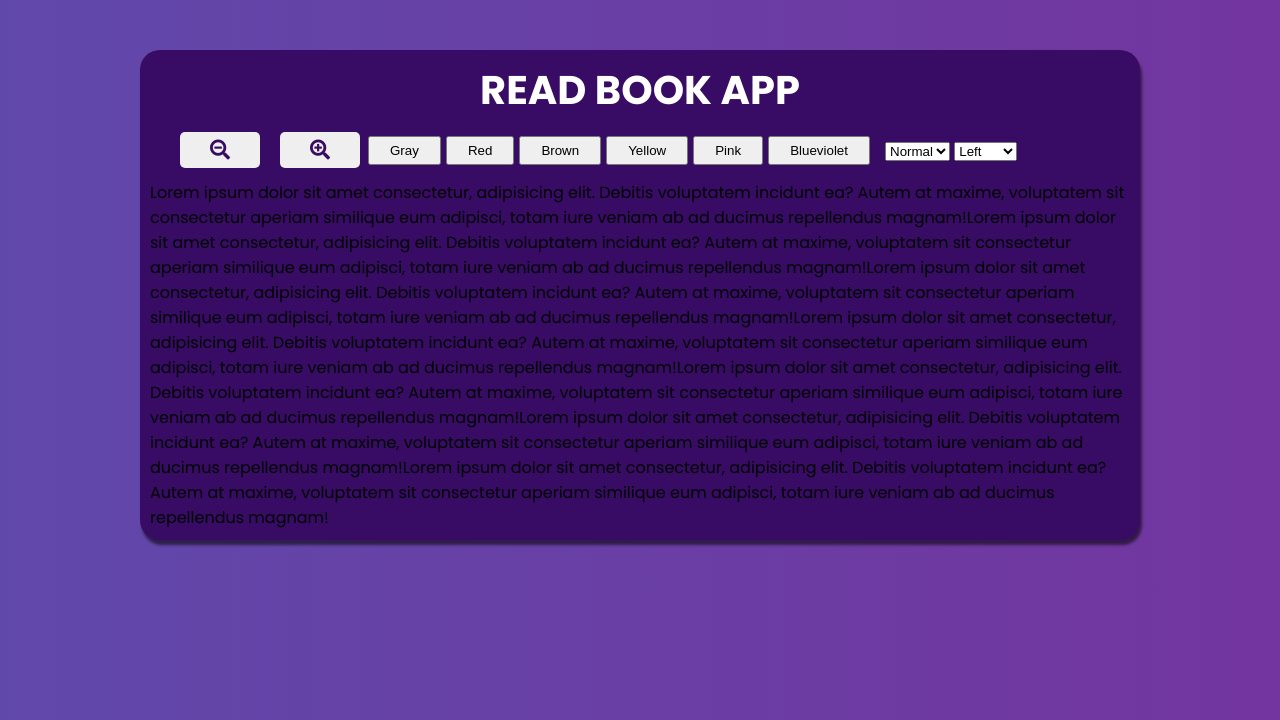
Repository: dinhconglam2306/frontend_tu_xa
Page: b09/02-reading-info/index.html
An editor plug-in stored every save of this project. The page is shown before and after the next save, followed by the edit.
The browser window is 1280 px wide. The pictures show the whole page.
Some web libraries are served in a nearby version. The style sheet was rebuilt from its Sass, Less or Tailwind sources for each picture, by a compiler version that may differ from the author's.

Above is the page before, as saved 2021-04-25 06:33:04.

### b09/02-reading-info/index.html
<!DOCTYPE html>
<html lang="en">
  <head>
    <meta charset="UTF-8" />
    <meta http-equiv="X-UA-Compatible" content="IE=edge" />
    <meta name="viewport" content="width=device-width, initial-scale=1.0" />
    <title>Document</title>
    <link rel="stylesheet" href="css/style.css" />
    <link
      rel="stylesheet"
      href="https://pro.fontawesome.com/releases/v5.10.0/css/all.css"
      integrity="sha384-AYmEC3Yw5cVb3ZcuHtOA93w35dYTsvhLPVnYs9eStHfGJvOvKxVfELGroGkvsg+p"
      crossorigin="anonymous"
    />
    <link rel="preconnect" href="https://fonts.gstatic.com" />
    <link
      href="https://fonts.googleapis.com/css2?family=Poppins:wght@100;300;400;500;700&display=swap"
      rel="stylesheet"
    />
  </head>
  <body>
    <div class="app">
      <h1 class="app__title">Read Book App</h1>
      <div class="app-controls">
        <div class="app-controls-zoom">
          <button class="app-controls-zoom__button" data-value="zoom-in">
            <i class="fas fa-search-minus app-controls-zoom__button-icon"></i>
          </button>
          <button class="app-controls-zoom__button" data-value="zoom-out">
            <i class="fas fa-search-plus app-controls-zoom__button-icon"></i>
          </button>
        </div>

        <div class="app-controls-bg">
          <button class="app-controls-bg__color gray" data-color="gray">
            Gray
          </button>
          <button class="app-controls-bg__color red" data-color="red">
            Red
          </button>
          <button class="app-controls-bg__color brown" data-color="brown">
            Brown
          </button>
          <button class="app-controls-bg__color yellow" data-color="yellow">
            Yellow
          </button>
          <button class="app-controls-bg__color pink" data-color="pink">
            Pink
          </button>
          <button
            class="app-controls-bg__color blueviolet"
            data-color="blueviolet"
          >
            Blueviolet
          </button>
        </div>

        <div class="app-controls-select">
          <select name="size" class="app-controls-select__lineheight">
            <option value="0.8">Narrow</option>
            <option value="1" selected>Normal</option>
            <option value="2">Large</option>
          </select>
          <select name="text-align" class="app-controls-select__textalign">
            <option value="left" selected>Left</option>
            <option value="center">Center</option>
            <option value="right">Right</option>
            <option value="justify">Justify</option>
          </select>
        </div>
      </div>
      <div class="app-content" style="font-size: 16px">
        <p>
          Lorem ipsum dolor sit amet consectetur, adipisicing elit. Debitis
          voluptatem incidunt ea? Autem at maxime, voluptatem sit consectetur
          aperiam similique eum adipisci, totam iure veniam ab ad ducimus
          repellendus magnam!Lorem ipsum dolor sit amet consectetur, adipisicing
          elit. Debitis voluptatem incidunt ea? Autem at maxime, voluptatem sit
          consectetur aperiam similique eum adipisci, totam iure veniam ab ad
          ducimus repellendus magnam!Lorem ipsum dolor sit amet consectetur,
          adipisicing elit. Debitis voluptatem incidunt ea? Autem at maxime,
          voluptatem sit consectetur aperiam similique eum adipisci, totam iure
          veniam ab ad ducimus repellendus magnam!Lorem ipsum dolor sit amet
          consectetur, adipisicing elit. Debitis voluptatem incidunt ea? Autem
          at maxime, voluptatem sit consectetur aperiam similique eum adipisci,
          totam iure veniam ab ad ducimus repellendus magnam!Lorem ipsum dolor
          sit amet consectetur, adipisicing elit. Debitis voluptatem incidunt
          ea? Autem at maxime, voluptatem sit consectetur aperiam similique eum
          adipisci, totam iure veniam ab ad ducimus repellendus magnam!Lorem
          ipsum dolor sit amet consectetur, adipisicing elit. Debitis voluptatem
          incidunt ea? Autem at maxime, voluptatem sit consectetur aperiam
          similique eum adipisci, totam iure veniam ab ad ducimus repellendus
          magnam!Lorem ipsum dolor sit amet consectetur, adipisicing elit.
          Debitis voluptatem incidunt ea? Autem at maxime, voluptatem sit
          consectetur aperiam similique eum adipisci, totam iure veniam ab ad
          ducimus repellendus magnam!
        </p>
      </div>
    </div>
    <script src="js/jquery-3.6.0.min.js"></script>
    <script src="js/main.js"></script>
  </body>
</html>

### b09/02-reading-info/js/main.js
$(document).ready(function () {
  let areaContent = $(".app-content");
  let btnZoom = $(".app-controls-zoom__button");
  let btnColor = $(".app-controls-bg__color");
  let selectLineheight = $(".app-controls-select__lineheight");
  let textAlign = $(".app-controls-select__textalign");

  let config = JSON.parse(localStorage.getItem("READING_INFO"));
  if (config) {
    areaContent.css("background-color", config.bgColor);
    areaContent.css("font-size", config.fontSize + "px");
    areaContent.css("text-align", config.position);
    areaContent.css("line-height", config.lineHeight);
  } else {
    config = {
      bgColor: "red",
      lineHeight: 1,
      position: "right",
      fontSize: 12,
    };
    localStorage.setItem("READING_INFO", JSON.stringify(config));
  }

  /*------------FONTSIZE - START---------*/
  const incrementFontsize = 1;
  btnZoom.on("click", function () {
    let fontSize = parseFloat($(".app-content").css("font-size"));
    let value = $(this).data("value");
    if (value == "zoom-out") {
      fontSize += incrementFontsize;
    } else if (value == "zoom-in") {
      fontSize -= incrementFontsize;
    }
    areaContent.css("font-size", fontSize + "px");
    config.fontSize = fontSize;
    localStorage.setItem("READING_INFO", JSON.stringify(config));
  });
  /*------------FONTSIZE - END---------*/

  /*------------BACKGROUND-COLOR - START---------*/
  btnColor.click(function () {
    let color = $(this).data("color");
    areaContent.css("background-color", color);
    config.bgColor = color;
    localStorage.setItem("READING_INFO", JSON.stringify(config));
  });
  /*------------BACKGROUND-COLOR - END---------*/

  /*------------LINE-HEIGHT - START---------*/
  selectLineheight.change(function () {
    let lineheight = selectLineheight.val();
    areaContent.css("line-height", lineheight);
    config.lineHeight = lineheight;
    localStorage.setItem("READING_INFO", JSON.stringify(config));
  });
  /*------------LINE-HEIGHT - END---------*/

  /*------------TEXT-ALIGN - START---------*/
  textAlign.change(function () {
    let position = textAlign.val();
    areaContent.css("text-align", position);
    config.position = position;
    localStorage.setItem("READING_INFO", JSON.stringify(config));
  });
  /*------------TEXT-ALIGN - END---------*/
});

### b09/02-reading-info/style.scss
@mixin size($width, $height: $width) {
  width: $width;
  height: $height;
}
@mixin flexbox(
  $align: flex-start,
  $justify: flex-start,
  $flex-direction: row,
  $wrap: nowrap
) {
  display: flex;
  align-items: $align;
  justify-content: $justify;
  flex-direction: $flex-direction;
  flex-wrap: $wrap;
}
* {
  margin: 0px;
  padding: 0px;
  box-sizing: border-box;
}
html {
  font-size: 62.5%;
}
body {
  padding: 5rem;
  font-size: 1.6rem;
  font-family: "Poppins", sans-serif;
  font-weight: normal;
  display: flex;
  align-items: center;
  justify-content: center;
  background-image: linear-gradient(to right, #6048aa, #73359f);
}
a {
  text-decoration: none;
}
img {
  display: block;
  max-width: 100%;
}
.app {
  display: flex;
  flex-direction: column;
  align-items: center;
  justify-content: center;
  width: 100rem;
  background-color: #380c65;
  overflow: hidden;
  padding: 1rem;
  border-radius: 2rem;
  box-shadow: 2px 5px 3px rgba(0, 0, 0, 0.548);
  &__title {
    color: white;
    font-size: 4rem;
    text-transform: uppercase;
  }
  &-controls {
    display: flex;
    align-items: center;
    justify-content: space-between;
    width: 100%;
    height: 6rem;
    padding: 0 2rem;
    &-zoom {
      width: calc(20% - 1rem);
      display: flex;
      align-items: center;
      &__button {
        padding: 0.8rem 3rem;
        border: 0;
        margin: 1rem;
        border-radius: 0.5rem;
        cursor: pointer;
        display: flex;
        justify-content: center;
        align-items: center;
        color: #380c65;
        &:hover {
          background-color: #6508c2;
          color: white;
        }
        &:active {
          transform: scale(0.98);
        }
        &-icon {
          font-size: 2rem;
        }
      }
    }
    &-bg {
      width: calc(55% - 1rem);
      display: flex;
      align-items: center;
      justify-content: space-around;
      &__color {
        padding: 0.5rem 2rem;
        margin-left: 0.5rem;
      }
    }
    &-select {
      width: calc(25% - 1rem);
    }
  }
}

Loaded but not shown: b09/02-reading-info/js/jquery-3.6.0.min.js (library)

After the next save:
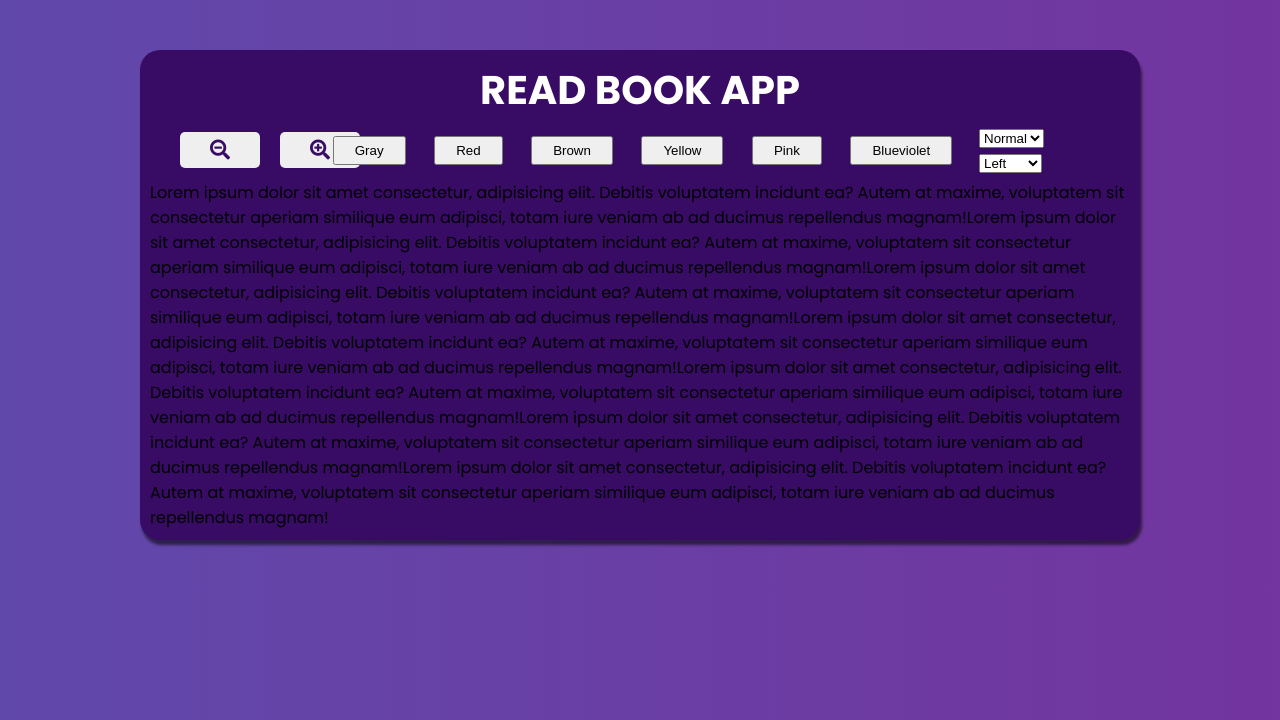
Saved 21 s later.
--- a/b09/02-reading-info/style.scss
+++ b/b09/02-reading-info/style.scss
@@ -63,7 +63,7 @@
     height: 6rem;
     padding: 0 2rem;
     &-zoom {
-      width: calc(20% - 1rem);
+      width: calc(15% - 1rem);
       display: flex;
       align-items: center;
       &__button {
@@ -89,7 +89,7 @@
       }
     }
     &-bg {
-      width: calc(55% - 1rem);
+      width: calc(70% - 1rem);
       display: flex;
       align-items: center;
       justify-content: space-around;
@@ -99,7 +99,7 @@
       }
     }
     &-select {
-      width: calc(25% - 1rem);
+      width: calc(15% - 1rem);
     }
   }
 }

After the save that followed:
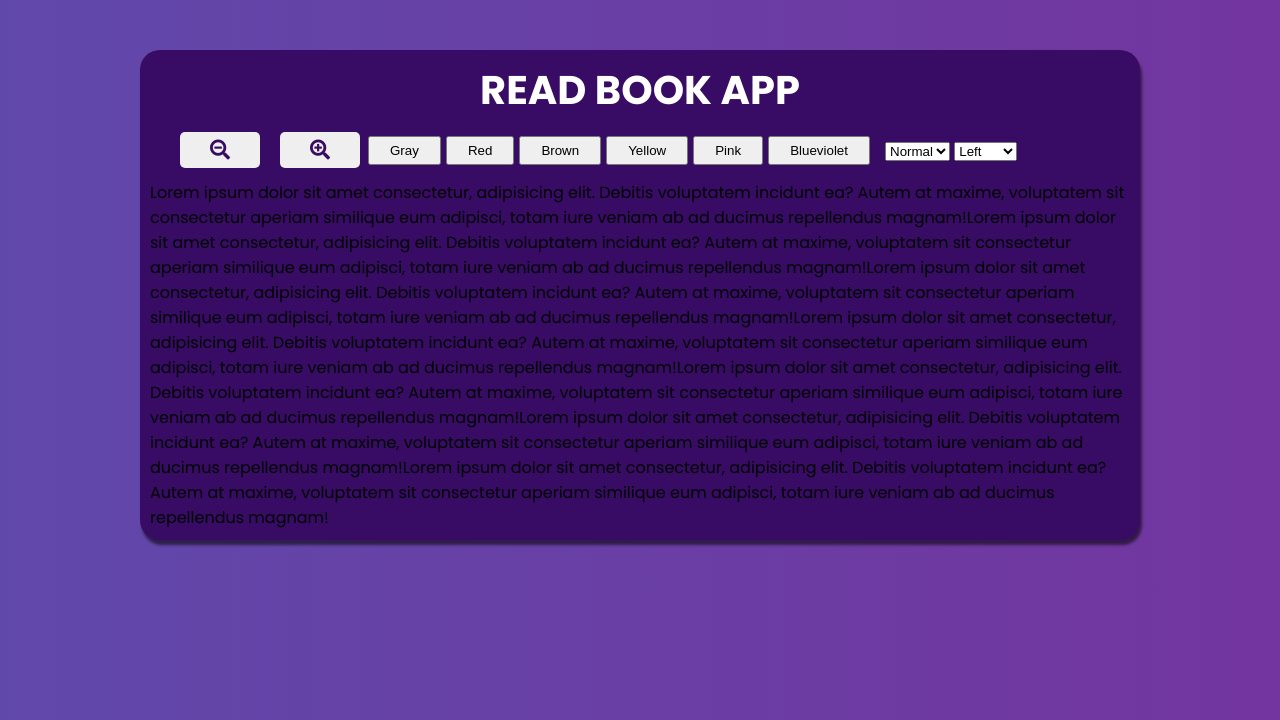
Saved 14 s later.
--- a/b09/02-reading-info/style.scss
+++ b/b09/02-reading-info/style.scss
@@ -63,7 +63,7 @@
     height: 6rem;
     padding: 0 2rem;
     &-zoom {
-      width: calc(15% - 1rem);
+      width: calc(20% - 1rem);
       display: flex;
       align-items: center;
       &__button {
@@ -89,7 +89,7 @@
       }
     }
     &-bg {
-      width: calc(70% - 1rem);
+      width: calc(55% - 1rem);
       display: flex;
       align-items: center;
       justify-content: space-around;
@@ -99,7 +99,7 @@
       }
     }
     &-select {
-      width: calc(15% - 1rem);
+      width: calc(25% - 1rem);
     }
   }
 }
